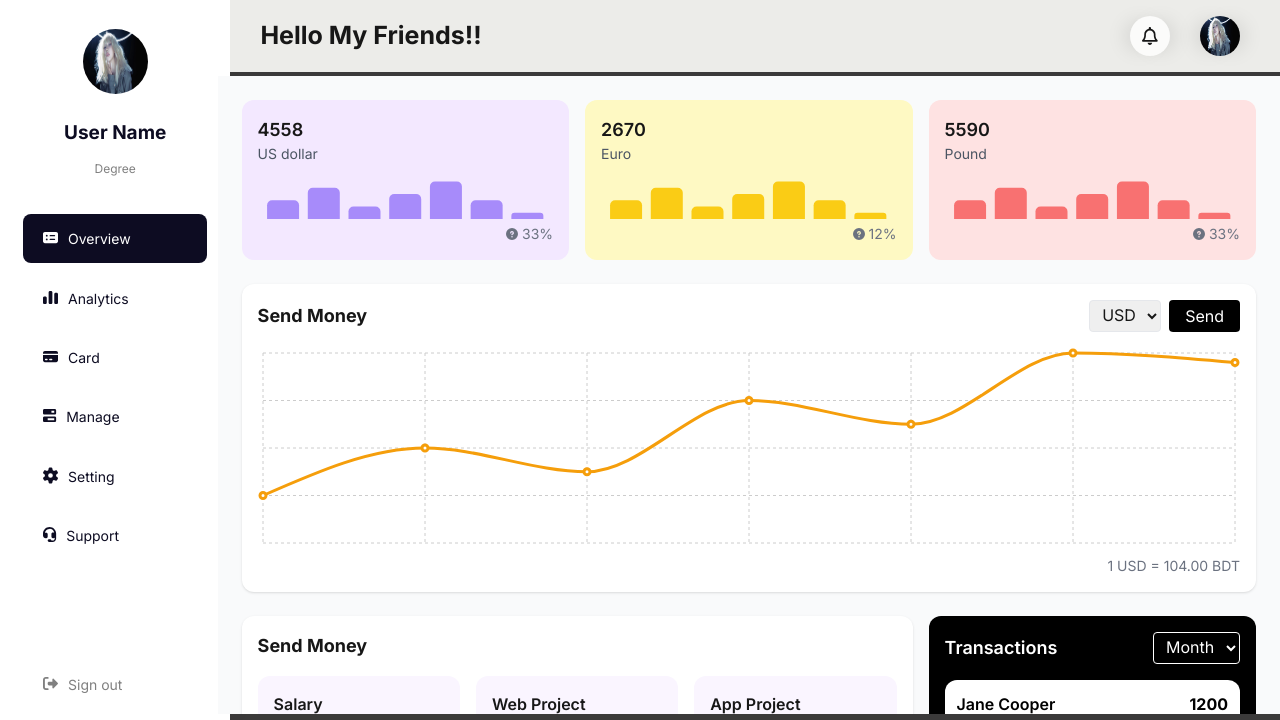
Repository: conGaStuer/airdropmamager
Page: /
An editor plug-in stored every save of this project. The page is shown before and after the next save, followed by the edit.
The browser window is 1280 px wide. The pictures show the whole page.
An inner scrolling area shows only its first screen. The project was rebuilt for these pictures with package versions that can differ from the ones it lists, and the page was loaded fresh each time. The framework's server and built-in components were replaced by stand-ins that run in the browser. Also part of the build but not shown: next.config.ts.

Above is the page before, as saved 2025-05-26 19:16:05.

After the next save:
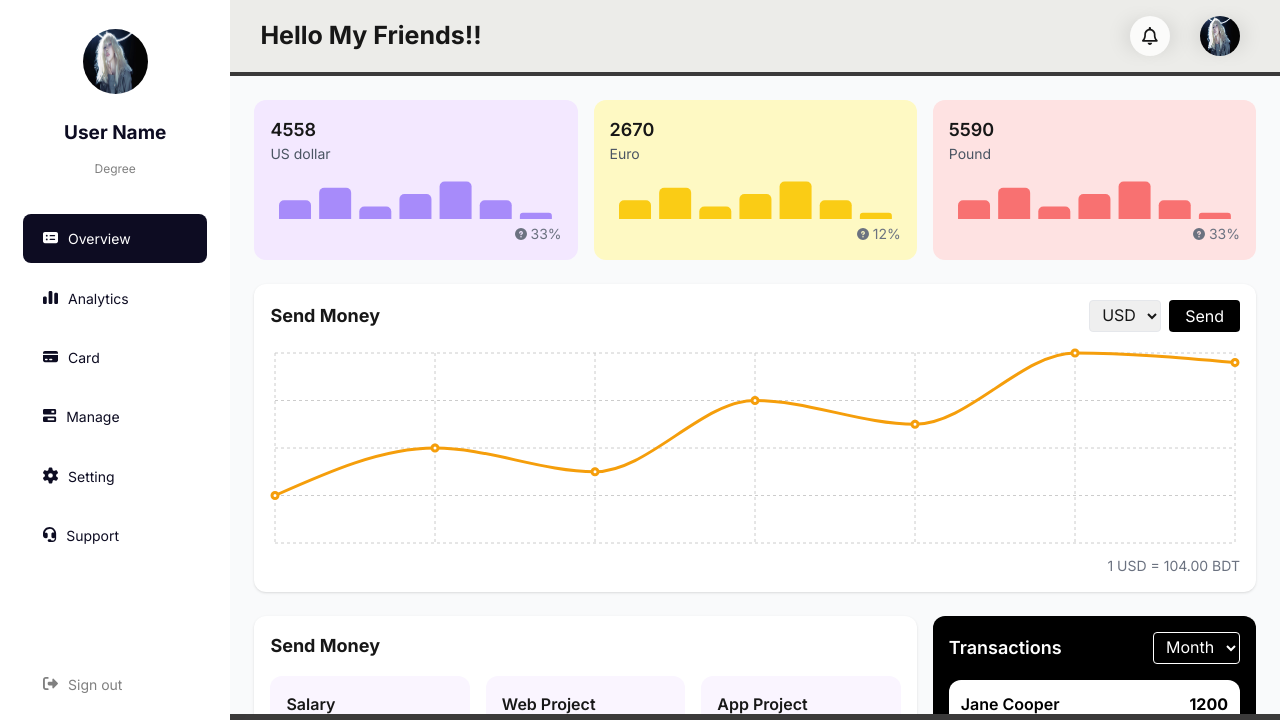
Saved 6 s later.
--- a/src/styles/chart.scss
+++ b/src/styles/chart.scss
@@ -1,5 +1,5 @@
 .custom-chart {
-  width: 83%;
+  width: 82%;
   height: 88.6vh;
   position: fixed;
   top: 10.5%;
